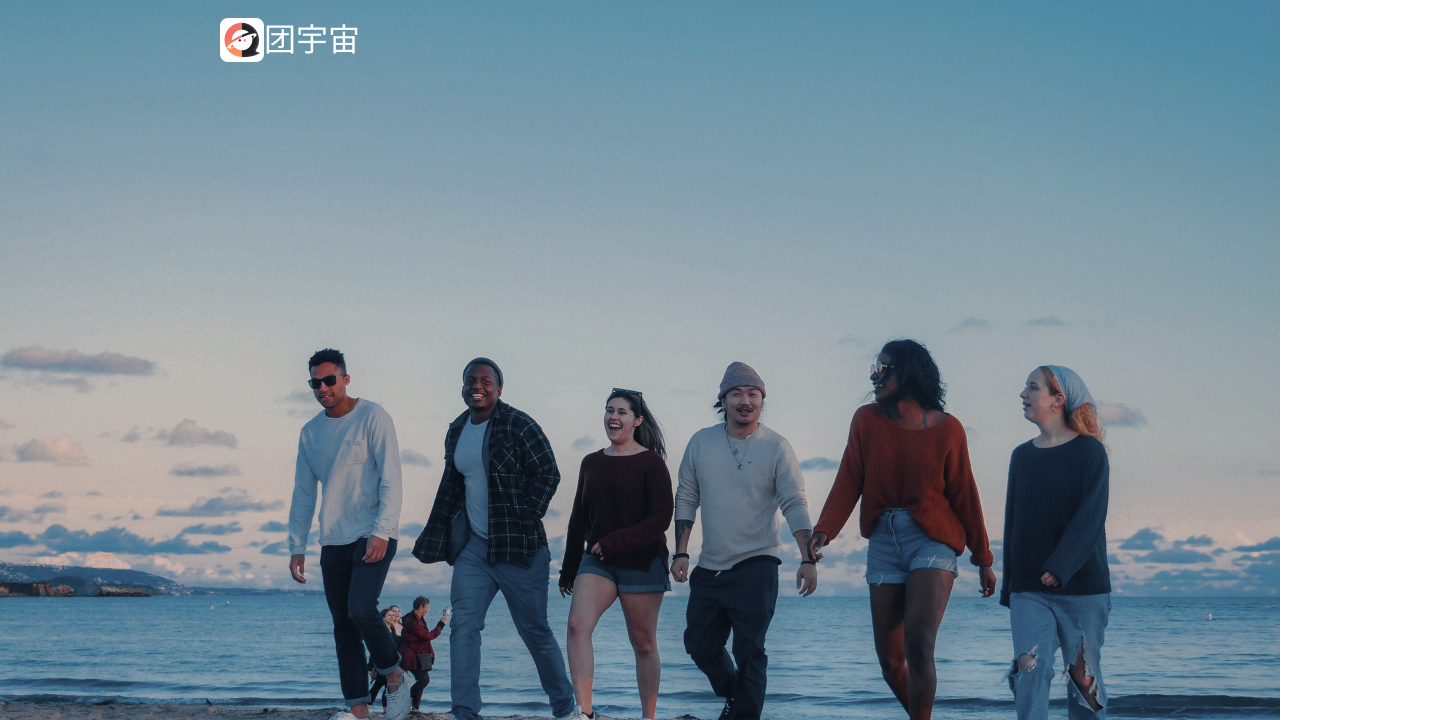
Repository: SanpLee/tyz
Page: homePage/index.html
The author's editor kept a copy of each file at every save. The page is drawn from the files as they stood at one save, then again after the next save.
The browser window is 1280 px wide. The page is 1440 px wide, so the pictures cover 1440 px, including what lies to the right of the window. The pictures show the whole page.

Above is the page before, as saved 2022-05-24 19:37:57.

### homePage/index.html
<!DOCTYPE html>
<html lang="en">
<head>
    <meta charset="UTF-8">
    <meta http-equiv="X-UA-Compatible" content="IE=edge">
    <meta name="description" content="团宇宙是一款为不同群体提供专属服务的社群社交APP，年轻人聚集的兴趣交友社区">
    <link rel="shortcut icon" href="/favicon.ico" type="image/x-icon">
    <title>团宇宙</title>
    <link href="css/index.css" rel="stylesheet">
</head>
<body>
    <div class="bg">
        <div class="main">
            <div class="sc-top clearfix">
                <div class="logo left"></div>
                <div class="name left">团宇宙</div>
            </div>
        </div>
    </div>

    <script type="text/javascript">
        // 设置元素高度为浏览器可视区域高度
        document.querySelectorAll('.main')[0].style.height= document.documentElement.clientHeight + 'px'
    </script>
</body>
</html>

### homePage/css/index.css
* {
  padding: 0;
  margin: 0;
}
body {
  font: 12px/1.5 Microsoft YaHei,Heiti SC,tahoma,arial,Hiragino Sans GB,"\5B8B\4F53",sans-serif;
  background: #fff;
  color: #000;
}
ol,ul,li {
  list-style: none;
}
img {
  vertical-align: top;
  border: 0;
}

input::-moz-focus-inner {
  border-color: transparent !important;
}

table {
  border-collapse: collapse;
  table-layout: fixed;
  word-break: break-all; /*固定表格宽度，不被撑开*/
}

input[type="button"]:hover,input[type="submit"]:hover {
  cursor: pointer;
}

.left{
    float: left;
}
.right{
    float: right;
}
/*清除浮动*/
.clearfix:after {
  content: "020";
  display: block;
  height: 0;
  clear: both;
  visibility: hidden;
}
.clearfix {
  /* 触发 hasLayout */
  zoom: 1;
}
/* rest css end */

/* page css */
.bg{
  width: 100%;
  height: 100%;
  background-image: url(../images/bg.jpg);
  background-color: white;
  background-position: center top;
  background-repeat: no-repeat;
}
.main {
  width:1440px;
  height: 100%;
  margin: 0 auto;
}
.sc-top {
   padding: 18px 0 0 220px;
}
.sc-top .logo{
    width: 44px;
    height: 44px;
    background-image: url(../images/ic_logo.png);
    background-repeat: no-repeat;
}
.sc-top .name{
    font-size: 32px;
    font-family: Noto Sans SC-Medium, Noto Sans SC;
    font-weight: 500;
    color: #FFFFFF;
    height: 44px;
    line-height: 44px;
}

After the next save:
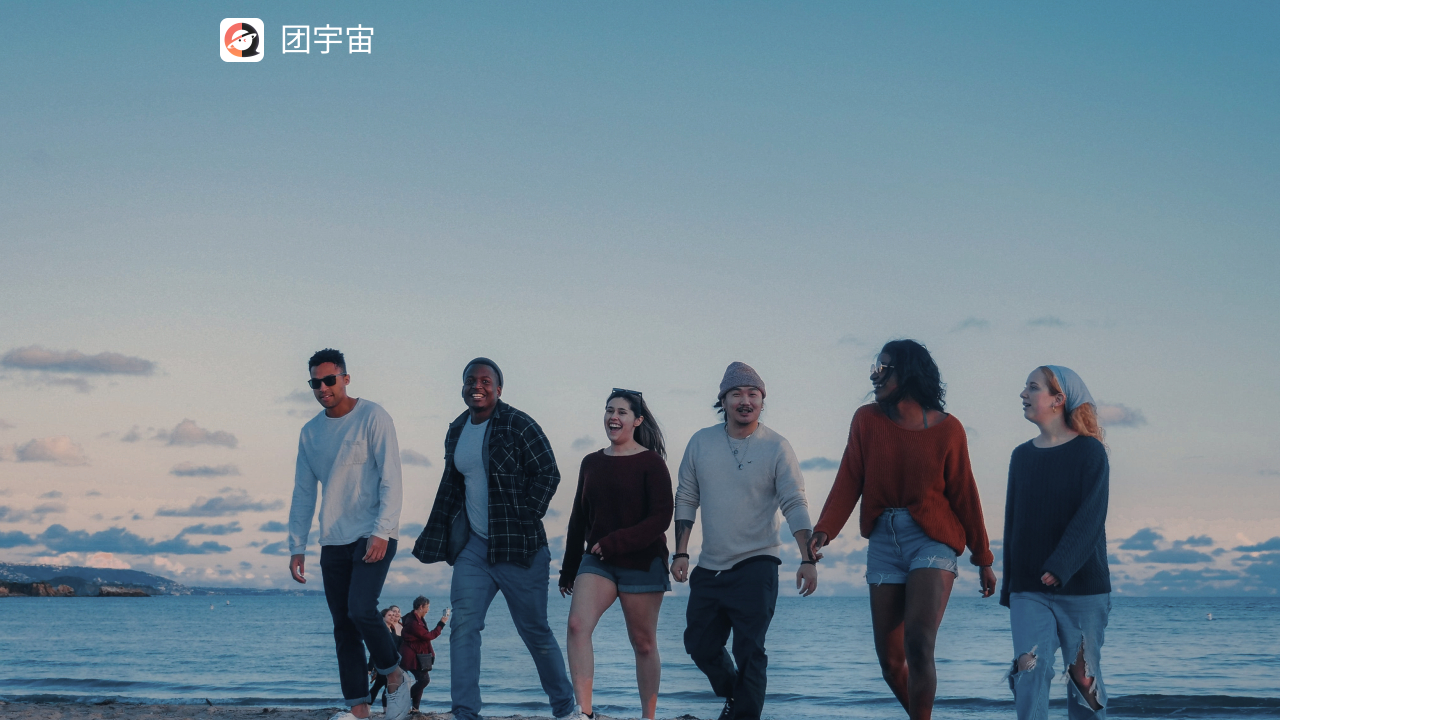
Saved 30 s later.
--- a/homePage/css/index.css
+++ b/homePage/css/index.css
@@ -79,4 +79,5 @@
     color: #FFFFFF;
     height: 44px;
     line-height: 44px;
+    padding-left: 16px;
 }
